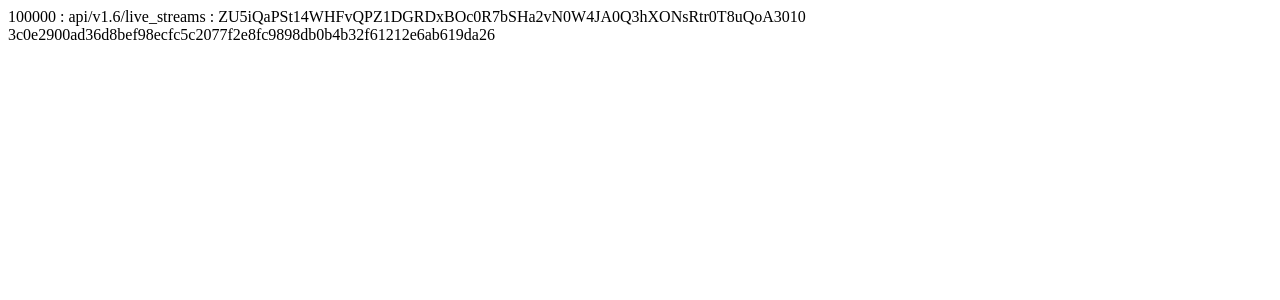
Repository: junhyeongShin/comunity_app
Page: http://localhost/Broadcast/curl copy.php
The author's editor kept a copy of each file at every save. The page is drawn from the files as they stood at one save, then again after the next save.
The browser window is 1280 px wide. The pictures show the whole page.
The page is run by PHP 8.4 with error messages shown; the project is at /var/www/html/.

Above is the page before, as saved 2021-05-29 19:07:15.

After the next save:
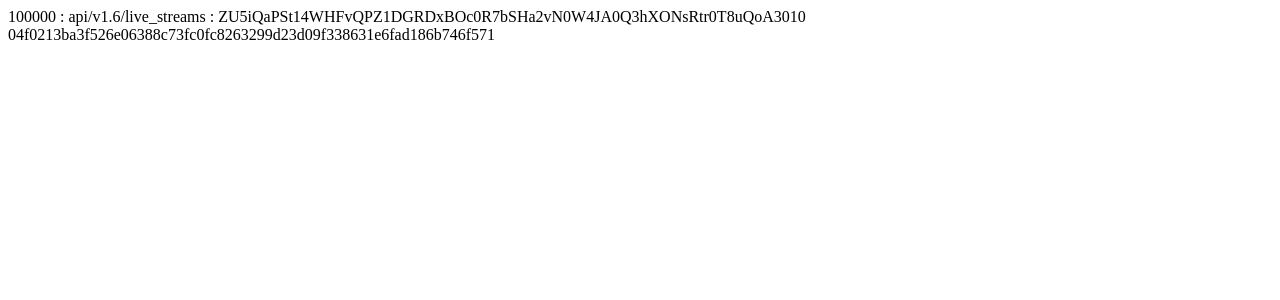
Saved 4 s later.
--- a/Broadcast/curl copy.php
+++ b/Broadcast/curl copy.php
@@ -11,7 +11,7 @@ echo $hmacData;
 echo '<br>';
 
 $hash_key = hash_hmac('sha256',$hmacData,$wscApiKey_hash,false);
-$hash_key = hash_hmac('sha256',$hmacData,$wscApiKey_hash,false);
+$hash_key = hash_hmac('sha256',$hash_key,$wscApiKey_hash,false);
 echo $hash_key;
 echo '<br>';
 
